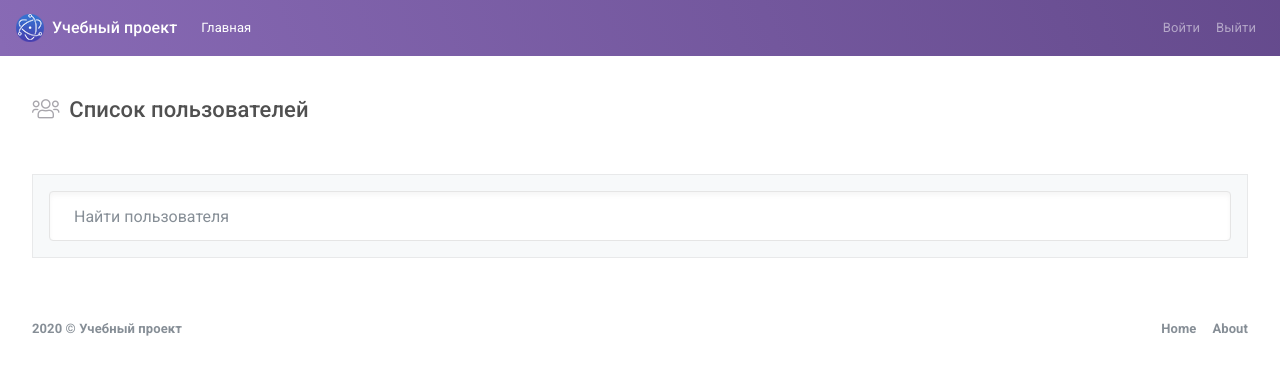
Repository: saberzhan19/diving
Page: http://localhost/users.php
The author's editor kept a copy of each file at every save. The page is drawn from the files as they stood at one save, then again after a run of saves.
The browser window is 1280 px wide. The pictures show the whole page.
The page is run by PHP 8.4 with error messages shown; the project is at /var/www/html/. Queries for data that is not in the repository find no rows.

Above is the page before, as saved 2022-03-08 06:00:12.
Console error: TypeError: Cannot read properties of undefined (reading 'match')

### users.php
<?php
    require "functions.php";
?>

<!DOCTYPE html>
<html lang="en">
<head>
    <meta charset="UTF-8">
    <title>Document</title>
    <meta name="description" content="Chartist.html">
    <meta http-equiv="X-UA-Compatible" content="IE=edge">
    <meta name="viewport" content="width=device-width, initial-scale=1, shrink-to-fit=no, user-scalable=no, minimal-ui">
    <link id="vendorsbundle" rel="stylesheet" media="screen, print" href="css/vendors.bundle.css">
    <link id="appbundle" rel="stylesheet" media="screen, print" href="css/app.bundle.css">
    <link id="myskin" rel="stylesheet" media="screen, print" href="css/skins/skin-master.css">
    <link rel="stylesheet" media="screen, print" href="css/fa-solid.css">
    <link rel="stylesheet" media="screen, print" href="css/fa-brands.css">
    <link rel="stylesheet" media="screen, print" href="css/fa-regular.css">
</head>
    <body class="mod-bg-1 mod-nav-link">
        <nav class="navbar navbar-expand-lg navbar-dark bg-primary bg-primary-gradient">
            <a class="navbar-brand d-flex align-items-center fw-500" href="users.html"><img alt="logo" class="d-inline-block align-top mr-2" src="img/logo.png"> Учебный проект</a> <button aria-controls="navbarColor02" aria-expanded="false" aria-label="Toggle navigation" class="navbar-toggler" data-target="#navbarColor02" data-toggle="collapse" type="button"><span class="navbar-toggler-icon"></span></button>
            <div class="collapse navbar-collapse" id="navbarColor02">
                <ul class="navbar-nav mr-auto">
                    <li class="nav-item active">
                        <a class="nav-link" href="http://rahimain/diving/">Главная <span class="sr-only">(current)</span></a>
                    </li>
                </ul>
                <ul class="navbar-nav ml-auto">
                    <li class="nav-item">
                        <a class="nav-link" href="page_login.php">Войти</a>
                    </li>
                    <li class="nav-item">
                        <a class="nav-link" href="/">Выйти</a>
                    </li>
                </ul>
            </div>
        </nav>

        <main id="js-page-content" role="main" class="page-content mt-3">

            <?php if(isset($_SESSION['success'])): ?>
            <!-- <div class="alert alert-success"> -->
                <? echo display_flash_message['success']; ?>
                <!-- Профиль успешно обновлен. -->
            <!-- </div> -->
            <? endif;
                if(isset($_SESSION['danger'])): ?>
                <? echo display_flash_message['danger']; ?>
            <? endif;?>

            <div class="subheader">
                <h1 class="subheader-title">
                    <i class='subheader-icon fal fa-users'></i> Список пользователей
                </h1>
            </div>
            <div class="row">
                <div class="col-xl-12">

                    <?php if(isset($_SESSION['admin'])): ?>
                        <a class="btn btn-success" href="create_user.php">Добавить</a>
                    <?php endif; ?>

                    <div class="border-faded bg-faded p-3 mb-g d-flex mt-3">
                        <input type="text" id="js-filter-contacts" name="filter-contacts" class="form-control shadow-inset-2 form-control-lg" placeholder="Найти пользователя">
                        <div class="btn-group btn-group-lg btn-group-toggle hidden-lg-down ml-3" data-toggle="buttons">
                            <label class="btn btn-default active">
                                <input type="radio" name="contactview" id="grid" checked="" value="grid"><i class="fas fa-table"></i>
                            </label>
                            <label class="btn btn-default">
                                <input type="radio" name="contactview" id="table" value="table"><i class="fas fa-th-list"></i>
                            </label>
                        </div>
                    </div>
                </div>
            </div>

            <?php

                $pdo = new PDO("mysql:host=localhost;dbname=rahimain", "root", "");

                $sql = "SELECT* FROM people";

                $statement = $pdo->prepare($sql);
                $statement->execute();
                $users = $statement->fetchAll(PDO::FETCH_ASSOC);

            ?>

            <div class="row" id="js-contacts">

                <?php foreach ($users as $user): ?>

                    <div class="col-xl-4">
                        <div id="<? echo $user['id'] ?>" class="card border shadow-0 mb-g shadow-sm-hover" data-filter-tags="<? echo $user['data-filter-tags'] ?>">
                        <div class="card-body border-faded border-top-0 border-left-0 border-right-0 rounded-top">
                            <div class="d-flex flex-row align-items-center">
                                <span class="status <? echo $user['status'];?> mr-3">
                                    <span class="rounded-circle profile-image d-block " style="background-image:url('<? echo $user['avatar'] ?>'); background-size: cover;"></span>
                                </span>
                                <div class="info-card-text flex-1">
                                    <a href="javascript:void(0);" class="fs-xl text-truncate text-truncate-lg text-info" data-toggle="dropdown" aria-expanded="false">

                                        <? echo $user['username'] ?>


                                        <i class="fal fas fa-cog fa-fw d-inline-block ml-1 fs-md"></i>
                                        <i class="fal fa-angle-down d-inline-block ml-1 fs-md"></i>
                                    </a>
                                    <div class="dropdown-menu">
                                        <a class="dropdown-item" href="edit.html">
                                            <i class="fa fa-edit"></i>
                                        Редактировать</a>
                                        <a class="dropdown-item" href="security.html">
                                            <i class="fa fa-lock"></i>
                                        Безопасность</a>
                                        <a class="dropdown-item" href="status.html">
                                            <i class="fa fa-sun"></i>
                                        Установить статус</a>
                                        <a class="dropdown-item" href="media.html">
                                            <i class="fa fa-camera"></i>
                                            Загрузить аватар
                                        </a>
                                        <a href="#" class="dropdown-item" onclick="return confirm('are you sure?');">
                                            <i class="fa fa-window-close"></i>
                                            Удалить
                                        </a>
                                    </div>
                                    <span class="text-truncate text-truncate-xl"><? echo $user['job'] ?> </span>
                                </div>
                                <button class="js-expand-btn btn btn-sm btn-default d-none" data-toggle="collapse" data-target="#c_1 > .card-body + .card-body" aria-expanded="false">
                                    <span class="collapsed-hidden">+</span>
                                    <span class="collapsed-reveal">-</span>
                                </button>
                            </div>
                        </div>
                        <div class="card-body p-0 collapse show">
                            <div class="p-3">
                                <a href="tel:+13174562564" class="mt-1 d-block fs-sm fw-400 text-dark">
                                    <i class="fas fa-mobile-alt text-muted mr-2"></i> <? echo $user['phone'] ?> </a>
                                <a href="mailto:oliver.kopyov@smartadminwebapp.com" class="mt-1 d-block fs-sm fw-400 text-dark">
                                    <i class="fas fa-mouse-pointer text-muted mr-2"></i> <? echo $user['email'] ?></a>
                                <address class="fs-sm fw-400 mt-4 text-muted">
                                    <i class="fas fa-map-pin mr-2"></i> <? echo $user['address'] ?></address>
                                <div class="d-flex flex-row">
                                    <a href="javascript:void(0);" class="mr-2 fs-xxl" style="color:#4680C2">
                                        <i class="fab fa-vk"></i>
                                    </a>
                                    <a href="javascript:void(0);" class="mr-2 fs-xxl" style="color:#38A1F3">
                                        <i class="fab fa-telegram"></i>
                                    </a>
                                    <a href="javascript:void(0);" class="mr-2 fs-xxl" style="color:#E1306C">
                                        <i class="fab fa-instagram"></i>
                                    </a>
                                </div>
                            </div>
                        </div>
                      </div>
                     </div>

                <?php endforeach; ?>


            </div>
        </main>

        <!-- BEGIN Page Footer -->
        <footer class="page-footer" role="contentinfo">
            <div class="d-flex align-items-center flex-1 text-muted">
                <span class="hidden-md-down fw-700">2020 © Учебный проект</span>
            </div>
            <div>
                <ul class="list-table m-0">
                    <li><a href="intel_introduction.html" class="text-secondary fw-700">Home</a></li>
                    <li class="pl-3"><a href="info_app_licensing.html" class="text-secondary fw-700">About</a></li>
                </ul>
            </div>
        </footer>

    </body>

    <script src="js/vendors.bundle.js"></script>
    <script src="js/app.bundle.js"></script>
    <script>

        $(document).ready(function()
        {

            $('input[type=radio][name=contactview]').change(function()
                {
                    if (this.value == 'grid')
                    {
                        $('#js-contacts .card').removeClassPrefix('mb-').addClass('mb-g');
                        $('#js-contacts .col-xl-12').removeClassPrefix('col-xl-').addClass('col-xl-4');
                        $('#js-contacts .js-expand-btn').addClass('d-none');
                        $('#js-contacts .card-body + .card-body').addClass('show');

                    }
                    else if (this.value == 'table')
                    {
                        $('#js-contacts .card').removeClassPrefix('mb-').addClass('mb-1');
                        $('#js-contacts .col-xl-4').removeClassPrefix('col-xl-').addClass('col-xl-12');
                        $('#js-contacts .js-expand-btn').removeClass('d-none');
                        $('#js-contacts .card-body + .card-body').removeClass('show');
                    }

                });

                //initialize filter
                initApp.listFilter($('#js-contacts'), $('#js-filter-contacts'));
        });

    </script>
</html>

### functions.php
<?php

function get_user_by_email( $email ) {

    $email = $_POST["email"];
    $password = $_POST["password"];

    $pdo = new PDO("mysql:host=localhost;dbname=rahimain", "root", "");

    $sql = "SELECT * FROM diving WHERE email = :email";

    $statement = $pdo->prepare($sql);
    $statement->execute([
                "email" => $email
            ]);
    $students = $statement->fetch(PDO::FETCH_ASSOC);

    return $students;

};


function set_flash_message($name, $message) {

    $_SESSION[$name] = $message;

};

function redirect_to($path) {
    header("Location: {$path}");
    exit;
};


function add_user($email, $password) {

    $pdo = new PDO("mysql:host=localhost;dbname=rahimain", "root", "");

    $sql = "INSERT INTO diving (email, password) VALUES (:email, :password)";
    // подготавлеваем запрос
    $statement = $pdo->prepare($sql);
    // выполнениям запрос
    $statement->execute([
         "email" => $email,
         "password" => password_hash($password, PASSWORD_DEFAULT)
    ]);

    return $pdo->lastInsertId();

};


function display_flash_message($name) {

    if(isset($_SESSION["$name"])){

        echo "<div class=\"alert alert-{$name} text-dark\" role=\"alert\">{$_SESSION[$name]}</div>" ;
        unset($_SESSION["$name"]);
    }

};


function login ($email, $password){

    $user = get_user_by_email($email);


    if (!$user) {
        set_flash_message('danger', '<strong>Внимание!</strong> Такого пользователя не существует');
        return false;
    }


     if(!password_verify($password, $user['password'])) {
        set_flash_message('danger' ,'<strong>Внимание!</strong> Пароль не верный');
        return false;
     }

     $_SESSION['diving'] = $user;
     return true;

}

function is_not_logged_in() {
    if(isset($_SESSION['people'])){
        return true;
    }
    return false;
}

function create_user(array $params)
    {
        if(!empty($params['password']))
            $params['password'] = password_hash($params['password'], PASSWORD_DEFAULT);

        if (create('users', $params)) {
            return true;
        }
        return false;
    }


function get_users()
{
    $pdo = new PDO("mysql:host=localhost;dbname=rahimain", "root", "");
    $sql = "SELECT * FROM diving";

    if($_SESSION['diving']['role'] == 1){
        return $pdo->query($sql);
    }else {
        $sql .= ' WHERE id= :id';
        $params = ['id' => $_SESSION['diving']['id']];
        return query($sql, $params);
    }
}

Loaded but not shown: css/vendors.bundle.css (library); css/app.bundle.css (library); css/skins/skin-master.css (library); css/fa-solid.css (common file); css/fa-brands.css (common file); css/fa-regular.css (common file); js/vendors.bundle.js (library); js/app.bundle.js (library); webfonts/fa-light-300.html (common file)

After the next 2 saves:
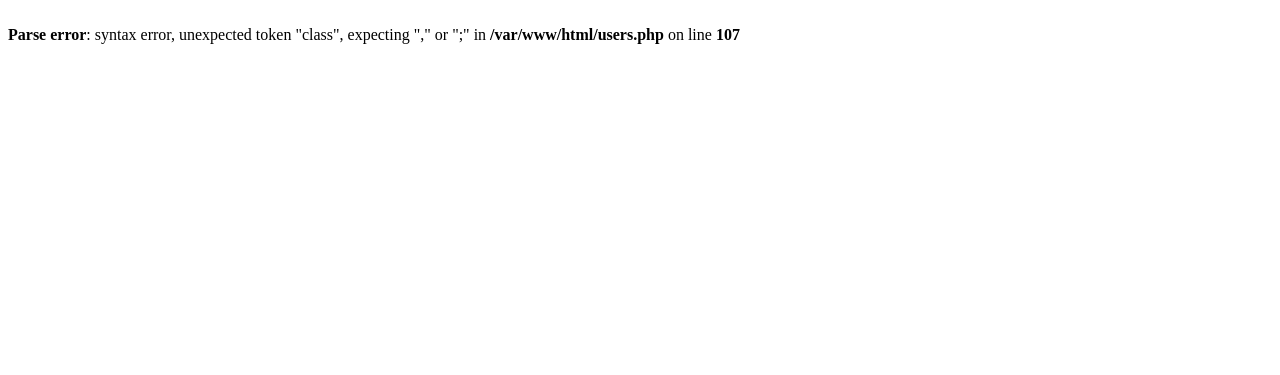
The error is gone.
The 2 saves are shown as one change because they came seconds apart.
The last was saved 15 s later.
--- a/users.php
+++ b/users.php
@@ -103,7 +103,7 @@
 
                                         <? echo $user['username'] ?>
 
-
+                                        <? echo $user['']
                                         <i class="fal fas fa-cog fa-fw d-inline-block ml-1 fs-md"></i>
                                         <i class="fal fa-angle-down d-inline-block ml-1 fs-md"></i>
                                     </a>
